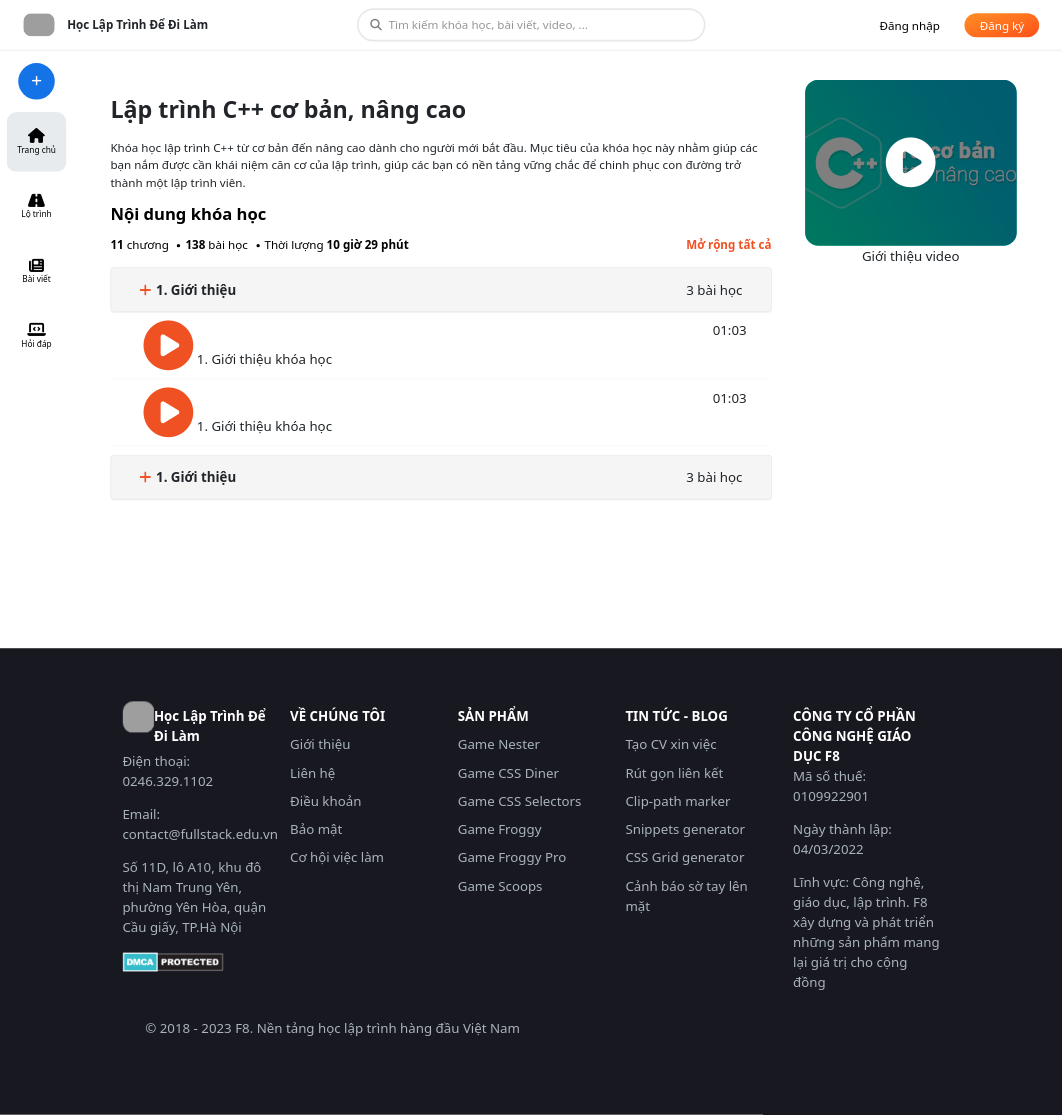
Repository: Quoc-Thang/projectasm
Page: introcourse.html
The author's editor kept a copy of each file at every save. The page is drawn from the files as they stood at one save, then again after the next save.
The browser window is 1280 px wide. The pictures show the whole page, at 83% of full size.
Pictures or frames that could not be fetched are drawn as grey boxes. Some web libraries are served in a nearby version.

Above is the page before, as saved 2023-11-30 22:48:26.

### introcourse.html
<!DOCTYPE html>
<html lang="vi">
  <head>
    <meta charset="UTF-8" />
    <meta name="viewport" content="width=device-width, initial-scale=1.0" />
    <title>F8 - Học lập trình để đi làm</title>
    <!-- Preconnect -->
    <link rel="preconnect" href="https://unpkg.com/aos@2.3.1" />
    <link
      rel="preconnect"
      href="https://cdn.jsdelivr.net/npm/bootstrap@5.3.2" />
    <link rel="preconnect" href="https://kit.fontawesome.com" />
    <link rel="preconnect" href="https://fonts.googleapis.com" />
    <link rel="preconnect" href="https://fonts.gstatic.com" crossorigin />

    <!-- AOS -->
    <link href="https://unpkg.com/aos@2.3.1/dist/aos.css" rel="stylesheet" />

    <!-- Bootstrap -->
    <link
      href="https://cdn.jsdelivr.net/npm/bootstrap@5.3.2/dist/css/bootstrap.min.css"
      rel="stylesheet"
      integrity="sha384-T3c6CoIi6uLrA9TneNEoa7RxnatzjcDSCmG1MXxSR1GAsXEV/Dwwykc2MPK8M2HN"
      crossorigin="anonymous" />

    <!-- Google Fonts -->
    <link
      href="https://fonts.googleapis.com/css2?family=Poppins:wght@100;200;300;400&family=Roboto:wght@100;300;400&display=swap"
      rel="stylesheet" />

    <!-- CSS -->
    <link rel="stylesheet" href="./view/assets/css/reset.css" />
    <link rel="stylesheet" href="./view/assets/css/synthetic.css" />
    <link rel="stylesheet" href="./view/assets/css/header.css" />
    <link rel="stylesheet" href="./view/assets/css/nav.css" />
    <link rel="stylesheet" href="./view/assets/css/slider.css" />
    <link rel="stylesheet" href="./view/assets/css/wrappercontent.css" />
    <link rel="stylesheet" href="./view/assets/css/footer.css" />
    <link rel="stylesheet" href="./view/assets/css/introcourse.css">
  </head>

  <body>
    <!-- Content -->
    <div id="wrapper">
      <!-- Header -->
      <header>
        <div class="row wrap-header">
          <!-- Logo Website -->
          <div class="col-4">
            <div class="logo">
              <a href="/">
                <img src="./view/assets/image/Logo.png" alt="Logo Website" />
              </a>
              <h4 class="logoTxt">Học Lập Trình Để Đi Làm</h4>
            </div>
          </div>

          <!-- Search -->
          <div class="col-4">
            <div class="form-search">
              <form action="" method="post">
                <div class="form">
                  <button type="submit">
                    <i class="fa-solid fa-magnifying-glass"></i>
                  </button>
                  <input
                    type="search"
                    placeholder="Tìm kiếm khóa học, bài viết, video, ..."
                    name="searchTxt"
                    id="search-input"
                    autocomplete="off"
                    />
                </div>
              </form>
              <div class="card-search">
                <div class="heading-card-search">
                  <i class="fa-solid fa-magnifying-glass"></i>
                  <span>Kết quả tìm kiếm cho:</span>
                </div>
                <div class="content-card-search">
                  <div class="title-content">
                    <h2>
                      Khóa học
                    </h2>
                    <a href="#">
                      Xem thêm
                    </a>
                  </div>
                  <ul class="main-content" id="apiData">
                    <li>
                      <a href="#">
                        <img src="./view/assets/image/htmlcsszerohero.png" alt="Image course">
                        <span>
                          HTML, CSS từ cơ bản đến nâng cao
                        </span>
                      </a>
                    </li>
                    <li>
                      <a href="#">
                        <img src="./view/assets/image/htmlcsspro.png" alt="Image course">
                        <span>
                          HTML, CSS Pro
                        </span>
                      </a>
                    </li>
                    <li>
                      <a href="#">
                        <img src="./view/assets/image/sass.png" alt="Image course">
                        <span>
                          Ngôn ngữ tiền xử lý sass
                        </span>
                      </a>
                    </li>
                  </ul>
                </div>
              </div>
            </div>
          </div>

          <!-- Account -->
          <div class="col-4">
            <div class="account">
              <div class="login">
                <a class="openLogin" href="javascript:void(0)"> Đăng nhập </a>
              </div>
              <div class="signup">
                <a class="openSignup" href="javascript:void(0)"> Đăng ký </a>
              </div>
            </div>
          </div>
        </div>
      </header>

      <main id="main-content">
        <!-- Sidebar -->
        <nav class="menu-sidebar">
          <div class="sidebar">
            <div id="news-post" onclick="newsPost()">
              <a id="rotate" href="javascript:void(0)">
                <i class="fa-solid fa-plus"></i>
              </a>
              <span id="model-news">Thêm tin tức mới</span>
            </div>
            <ul>
              <li>
                <a class="menu-sidebar active" href="#">
                  <i class="fa-solid fa-house"></i>
                  <span class="txt-menu"> Trang chủ </span>
                </a>
              </li>
              <li>
                <a class="menu-sidebar" href="#">
                  <i class="fa-solid fa-road"></i>
                  <span class="txt-menu"> Lộ trình </span></a
                >
              </li>
              <li>
                <a class="menu-sidebar" href="#">
                  <i class="fa-solid fa-newspaper"></i>
                  <span class="txt-menu"> Bài viết </span></a
                >
              </li>
              <li>
                <a class="menu-sidebar" href="#">
                  <i class="fa-solid fa-laptop-code"></i>
                  <span class="txt-menu"> Hỏi đáp </span></a
                >
              </li>
            </ul>
          </div>
        </nav>

        <!-- Article -->
        <article id="main">

          <!-- Wrapper Content Main -->
          <div class="wrapper-content">
            <div class="intro-course">
              <div class="content-course">
                <div class="heading-course">
                  <h1 class="title-heading-course">
                    Lập trình C++ cơ bản, nâng cao
                  </h1>
                  <p class="desc-course">
                    Khóa học lập trình C++ từ cơ bản đến nâng cao dành cho người mới bắt đầu. Mục tiêu của khóa học này nhằm giúp các bạn nắm được cần khái niệm căn cơ của lập trình, giúp các bạn có nền tảng vững chắc để chinh phục con đường trở thành một lập trình viên.
                  </p>
                </div>
                <div class="main-content-course">
                  <div class="content-course-top">
                    <h2 class="title-course">
                      Nội dung khóa học
                    </h2>
                    <div class="desc-content-course">
                      <ul>
                        <li>
                          <a href="#">
                            <strong>
                              11
                            </strong>
                            chương
                          </a>
                        </li>
                        <li>
                          <a href="#">
                            <strong>
                              138
                            </strong>
                            bài học
                          </a>
                        </li>
                        <li>
                          <a href="#">
                            Thời lượng
                            <strong>
                              10 giờ 29 phút
                            </strong>
                          </a>
                        </li>
                      </ul>
                      <a class="read-more" href="#">
                        Mở rộng tất cả
                      </a>
                    </div>
                  </div>

                    <div class="list-panels-course">
                      <div class="list-panel-course">
                        <div class="panel-left">
                          <div class="icon-panel">
                              <i class="fa-solid fa-plus" style="color: #f05123;"></i>
                              <i class="fa-solid fa-minus" style="color: #f05123;"></i>
                          </div>
                          <span>
                            1. Giới thiệu
                          </span>
                        </div>
                        <div class="panel-right">
                          <span>
                            3 bài học
                          </soan>
                        </div>
                      </div>

                      <!-- List tab panel -->
                      <div class="list-tab-panel">
                        <!-- Tab panel -->
                        <div class="tab-panel">
                          <span class="desc-panel">
                            <i class="fa-solid fa-circle-play" style="color: #f05123;"></i>
                            1. Giới thiệu khóa học
                          </span>
                          <span class="desc-time">
                            01:03
                          </span>
                        </div>

                        <div class="tab-panel">
                          <span class="desc-panel">
                            <i class="fa-solid fa-circle-play" style="color: #f05123;"></i>
                            1. Giới thiệu khóa học
                          </span>
                          <span class="desc-time">
                            01:03
                          </span>
                        </div>
                      </div>
                    </div>

                    <div class="list-panels-course">
                      <div class="list-panel-course">
                        <div class="panel-left">
                          <div class="icon-panel">
                              <i class="fa-solid fa-plus" style="color: #f05123;"></i>
                              <i class="fa-solid fa-minus" style="color: #f05123;"></i>
                          </div>
                          <span>
                            1. Giới thiệu
                          </span>
                        </div>
                        <div class="panel-right">
                          <span>
                            3 bài học
                          </soan>
                        </div>
                      </div>
                    <!-- List tab panel -->
                    <div class="list-tab-panel">
                      <!-- Tab panel -->
                      <div class="tab-panel">
                        <span class="desc-panel">
                          <i class="fa-solid fa-circle-play" style="color: #f05123;"></i>
                          1. Giới thiệu khóa học
                        </span>
                        <span class="desc-time">
                          01:03
                        </span>
                      </div>

                      <div class="tab-panel">
                        <span class="desc-panel">
                          <i class="fa-solid fa-circle-play" style="color: #f05123;"></i>
                          1. Giới thiệu khóa học
                        </span>
                        <span class="desc-time">
                          01:03
                        </span>
                      </div>
                    </div>
                  </div>
                </div>
              </div>
              <div class="intro-video-course">
                <div class="first-intro-video-course">
                  <div class="img-video-course">
                    <div class="icon-play">
                      <i class="fa-solid fa-circle-play" style="color: #fff;"></i>
                    </div>
                  </div>
                  <div class="see-intro-course">
                    <span>
                      Giới thiệu video
                    </span>
                  </div>
                </div>
                <div class="second-intro-video-course"></div>
              </div>
            </div>
          </div>
        </article>
      </main>

      <!-- Footer -->
      <footer>
        <div class="content-footer">
          <!-- Footer top -->
          <div class="footer-top">
            <!-- Slogan -->
            <div class="slogan content-column-footer">
              <div class="footer-slogan title-footer">
                <figure>
                  <img src="./view/assets/image/Logo.png" alt="Logo Website" />
                </figure>
                <figcaption>
                  <span class="txt-slogan"> Học lập trình để đi làm </span>
                </figcaption>
              </div>
              <div class="footer-contact-list">
                <ul>
                  <li>
                    <p>Điện thoại: 0246.329.1102</p>
                  </li>
                  <li>
                    <p>Email: contact@fullstack.edu.vn</p>
                  </li>
                  <li>
                    <p>
                      Số 11D, lô A10, khu đô thị Nam Trung Yên, phường Yên Hòa,
                      quận Cầu giấy, TP.Hà Nội
                    </p>
                  </li>
                </ul>
              </div>
              <div class="footer-protect">
                <figure>
                  <a href="#">
                    <img
                      src="./view/assets/image/dmca.png"
                      alt="DMCA Protect" />
                  </a>
                </figure>
              </div>
            </div>

            <!-- About us -->
            <div class="about content-column-footer">
              <div class="title-footer about-us">
                <span>Về chúng tôi</span>
              </div>
              <nav class="list-about">
                <ul>
                  <li><a href="#">Giới thiệu</a></li>
                  <li><a href="#">Liên hệ</a></li>
                  <li><a href="#">Điều khoản</a></li>
                  <li><a href="#">Bảo mật</a></li>
                  <li><a href="#">Cơ hội việc làm</a></li>
                </ul>
              </nav>
            </div>

            <!-- Products -->
            <div class="product content-column-footer">
              <div class="title-footer product-type">
                <span>Sản phẩm</span>
              </div>
              <nav class="list-product">
                <ul>
                  <li><a href="#">Game Nester</a></li>
                  <li><a href="#">Game CSS Diner</a></li>
                  <li><a href="#">Game CSS Selectors</a></li>
                  <li><a href="#">Game Froggy</a></li>
                  <li><a href="#">Game Froggy Pro</a></li>
                  <li><a href="#">Game Scoops</a></li>
                </ul>
              </nav>
            </div>

            <!-- Tools -->
            <div class="tools content-column-footer">
              <div class="title-footer tools-type">
                <span>Tin tức - Blog</span>
              </div>
              <nav class="list-tools">
                <ul>
                  <li><a href="#">Tạo CV xin việc</a></li>
                  <li><a href="#">Rút gọn liên kết</a></li>
                  <li><a href="#">Clip-path marker</a></li>
                  <li><a href="#">Snippets generator</a></li>
                  <li><a href="#">CSS Grid generator</a></li>
                  <li><a href="#">Cảnh báo sờ tay lên mặt</a></li>
                </ul>
              </nav>
            </div>

            <!-- Company -->
            <div class="company content-column-footer">
              <div class="title-footer company-type">
                <span>Công ty cổ phần công nghệ giáo dục F8</span>
              </div>
              <nav class="list-company">
                <ul>
                  <li>
                    <p href="#">Mã số thuế: <span>0109922901</span></p>
                  </li>
                  <li>
                    <p href="#">Ngày thành lập: <span>04/03/2022</span></p>
                  </li>
                  <li>
                    <p href="#">
                      Lĩnh vực:
                      <span
                        >Công nghệ, giáo dục, lập trình. F8 xây dựng và phát
                        triển những sản phẩm mang lại giá trị cho cộng đồng
                      </span>
                    </p>
                  </li>
                </ul>
              </nav>
            </div>
          </div>

          <!-- Footer bottom -->
          <div class="footer-bottom">
            <div class="copyright">
              <p>© 2018 - 2023 F8. Nền tảng học lập trình hàng đầu Việt Nam</p>
            </div>
            <div class="social-media">
              <!-- <img src="/images/icons/facebook.svg" alt="" />
              <img src="/images/icons/instagram.svg" alt="" />
              <img src="/images/icons/twitter.svg" alt="" />
              <img src="/images/icons/linkedin.svg" alt="" /> -->
            </div>
          </div>
          </div>
        </div>
      </footer>
    </div>
    <!-- Javascript -->
    <script src="./view/assets/javascript/sidebar.js"></script>
    <script src="./view/assets/javascript/introcourse.js"></script>
    <script src="./view/assets/javascript/formsearch.js"></script>
    <script src="./view/assets/javascript/formlogin.js"></script>
    <script src="./view/assets/javascript/formsignup.js"></script>

    <!-- Font Awesome -->
    <script
      src="https://kit.fontawesome.com/3e006365dd.js"
      crossorigin="anonymous"></script>

    <!-- Bootstrap -->
    <script
      src="https://cdn.jsdelivr.net/npm/bootstrap@5.3.2/dist/js/bootstrap.bundle.min.js"
      integrity="sha384-C6RzsynM9kWDrMNeT87bh95OGNyZPhcTNXj1NW7RuBCsyN/o0jlpcV8Qyq46cDfL"
      crossorigin="anonymous"></script>

    <!-- AOS -->
    <script src="https://unpkg.com/aos@2.3.1/dist/aos.js"></script>
    <script>
      AOS.init();
    </script>
  </body>
</html>

### view/assets/css/synthetic.css
:root {
  --system-ui: system-ui, "Segoe UI", Roboto, Helvetica, Arial, sans-serif,
    "Apple Color Emoji", "Segoe UI Emoji", "Segoe UI Symbol";
  --font-code: "SF Mono", monospace;
}

html,
body {
  min-height: 100% !important;
  height: 100%;
}

body {
  font-family: var(--system-ui);
  scroll-behavior: smooth;
  overflow-x: hidden;
}

main {
  display: flex;
}

#main {
  display: flex;
  flex-direction: column;
}

article {
  display: flex;
  min-width: 100vh;
}

#wrapper {
  width: 100%;
}

/* width */
::-webkit-scrollbar {
  width: 8px;
}

/* Track */
::-webkit-scrollbar-track {
  box-shadow: inset 0 0 5px grey;
  /* border-radius: 8px; */
}

/* Handle */
::-webkit-scrollbar-thumb {
  background: #a9a9a9;
  border-radius: 4px;
}

/* Handle on hover */
::-webkit-scrollbar-thumb:hover {
  background: #a9a9a9;
}

ul {
  list-style-type: none;
  margin: 0;
  padding: 0;
}

a {
  text-decoration: none;
}

### view/assets/css/introcourse.css
:root {
  --primary-color: #f05123;
  --background-color: #fff;
  --border-bottom: #e8ebed;
  --border-color: #1473e6;
  --background-hover: #f5f5f5;
  --border: #e8e8e8;
  --color-txt: #000;
  --background-color-menu: #f0f0f0;
}

.intro-course {
  display: flex;
  flex-direction: row;
}

.content-course {
  padding: 0 30px 0 0;
  width: 75%;
}

.title-heading-course {
  font-weight: 700;
  font-size: 28px;
}

.desc-course {
  font-size: 14px;
}

.list-panels-course {
  margin-bottom: 10px;
}

.title-course {
  font-size: 20px;
  font-weight: 700;
}

.desc-content-course {
  display: flex;
  gap: 20px;
  align-items: center;
  justify-content: space-between;
  margin-bottom: 16px;
}

.desc-content-course ul {
  display: flex;
  gap: 20px;
}

.desc-content-course ul li {
  position: relative;
}

.desc-content-course ul li:not(:last-child):after {
  content: "";
  position: absolute;
  border-radius: 50%;
  height: 4px;
  width: 4px;
  background-color: var(--color-txt);
  top: 50%;
  margin-left: 10px;
}

.desc-content-course a {
  color: var(--color-txt);
  font-size: 14px;
}

.read-more {
  color: var(--primary-color) !important;
  font-weight: 600;
  margin-right: 0;
}

.list-panel-course,
.panel-left {
  display: flex;
  gap: 20px;
  cursor: pointer;
}

.panel-left span {
  font-weight: 600;
}

.list-panel-course {
  justify-content: space-between;
  background-color: var(--background-hover);
  padding: 14px 34px;
  border-radius: 4px;
  box-shadow: 0 1px 1px rgba(0, 0, 0, 0.05);
  border: 1px solid #ebebeb;
  position: sticky;
  top: 0;
}

.icon-panel {
  position: relative;
}

.fa-plus,
.fa-minus {
  position: absolute;
  top: 50%;
  transform: translateY(-50%);
}

.list-tab-panel {
  width: 100%;
  height: 100%;
  /* display: flex; */
  /* flex-direction: column; */
  display: none;
}

.tab-panel {
  display: flex;
  justify-content: space-between;
  border: 1px solid #00000008;
  border-right: 0;
  border-top: 0;
  border-left: 0;
  padding: 10px 30px 10px 40px;
}

.fa-play {
  background-color: var(--primary-color);
  height: 14px;
  width: 14px;
  border-radius: 50%;
}

.play-video {
  font-size: 60px;
}

.intro-video-course {
  width: 25%;
  display: flex;
  justify-content: center;
}

.first-intro-video-course {
  width: calc(100% - 20px);
  position: relative;
}

.img-video-course {
  background-image: url("/view/assets/image/cppcobannangcao.png");
  background-position: center;
  background-origin: content-box;
  background-size: cover;
  background-repeat: no-repeat;
  width: 100%;
  height: 200px;
  display: flex;
  justify-content: center;
  align-items: center;
  border-radius: 16px;
  position: relative;
}

.icon-play {
  background-color: rgba(0, 0, 0, 0.5);
  height: 100%;
  width: 100%;
  display: flex;
  justify-content: center;
  align-items: center;
  border-radius: 16px;
}

.fa-circle-play {
  font-size: 60px;
}

.see-intro-course {
  position: absolute;
  text-align: center;
  width: 100%;
}

Loaded but not shown: view/assets/css/reset.css (common file); view/assets/javascript/formsignup.js (252 lines, source omitted); view/assets/javascript/formlogin.js (244 lines, source omitted); view/assets/javascript/introcourse.js (40 lines, source omitted); view/assets/javascript/sidebar.js (29 lines, source omitted); view/assets/javascript/formsearch.js (20 lines, source omitted); view/assets/css/slider.css (230 lines, source omitted); view/assets/css/wrappercontent.css (239 lines, source omitted); view/assets/css/nav.css (142 lines, source omitted); view/assets/css/header.css (164 lines, source omitted); view/assets/css/footer.css (90 lines, source omitted)

After the next save:
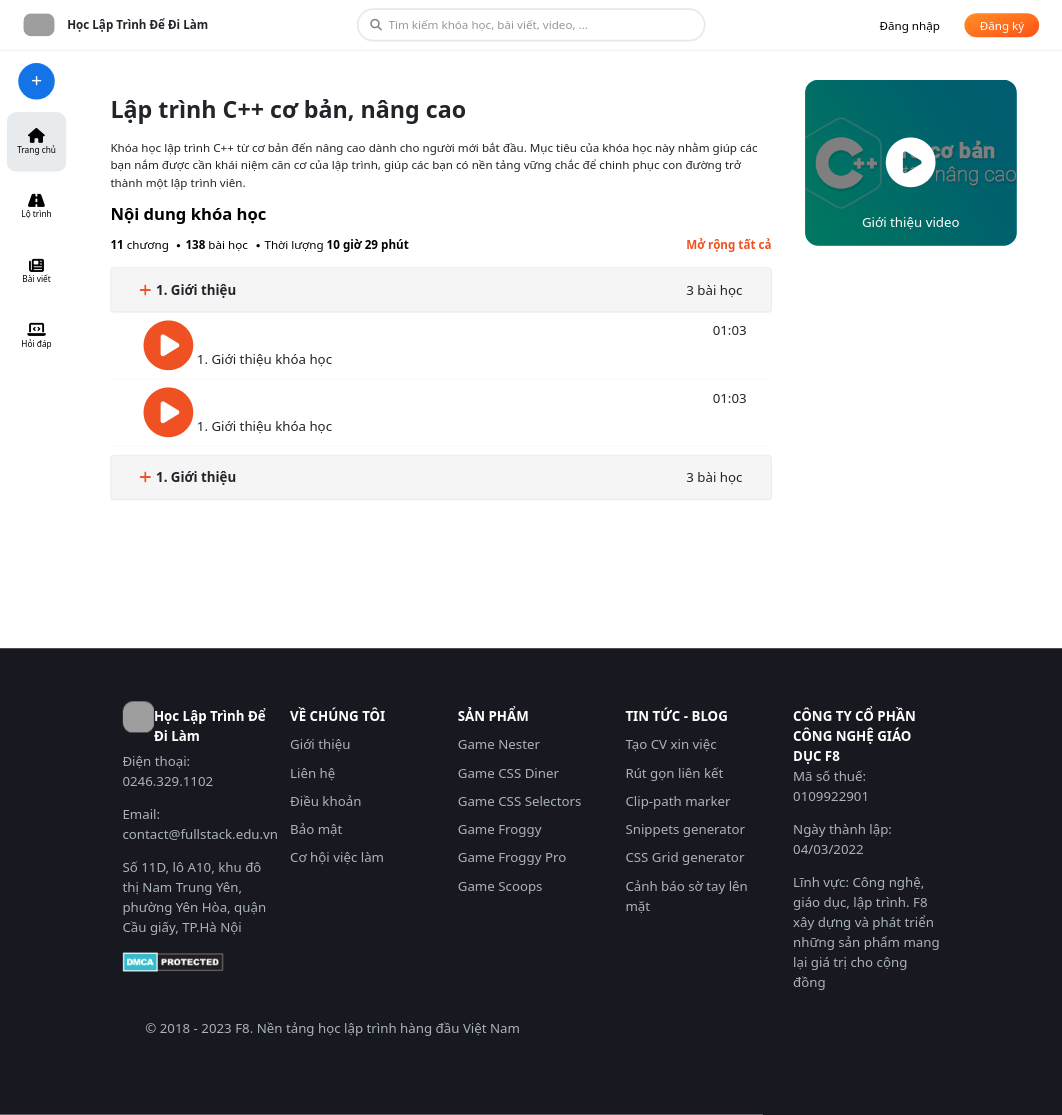
Saved 2 min 0 s later.
--- a/view/assets/css/introcourse.css
+++ b/view/assets/css/introcourse.css
@@ -182,4 +182,7 @@
   position: absolute;
   text-align: center;
   width: 100%;
+  top: 160px;
+  font-size: 16px;
+  color: var(--background-color);
 }
